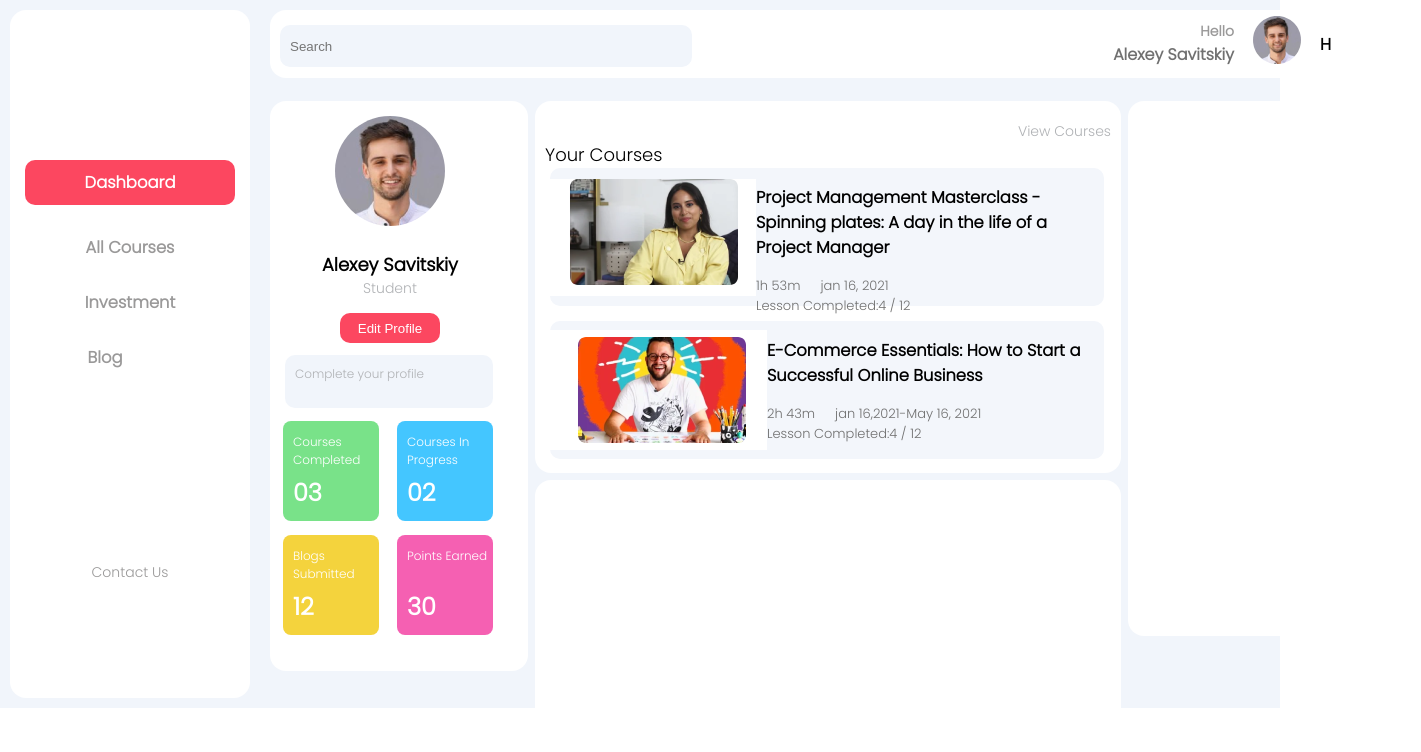
Repository: Anuruddha00/dashboard-design
Page: /
The author's editor kept a copy of each file at every save. The page is drawn from the files as they stood at one save, then again after the next save.
The browser window is 1280 px wide. The page is 1421 px wide, so the pictures cover 1421 px, including what lies to the right of the window. The pictures show the whole page.
The project was rebuilt for these pictures with package versions that can differ from the ones it lists, and the page was loaded fresh each time.

Above is the page before, as saved 2021-05-07 21:21:27.

After the next save:
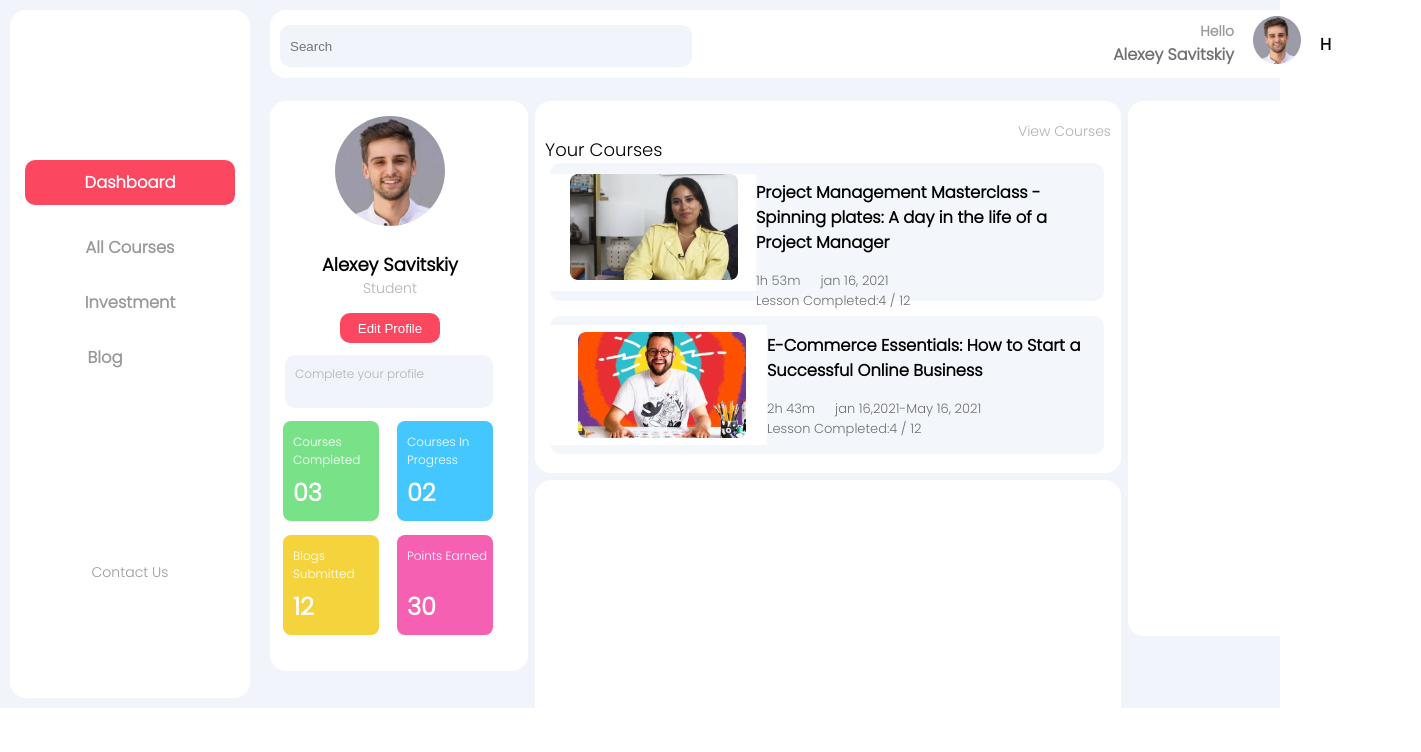
Saved 11 s later.
--- a/src/containers/Dashboard/Dashboard.scss
+++ b/src/containers/Dashboard/Dashboard.scss
@@ -265,7 +265,7 @@ body{
                                 &Title{
                                     font-size: 18px;
                                     font-weight: 500px;
-                                    padding: 40px 0 0 10px;
+                                    padding: 35px 0 0 10px;
                                 }
                                 &View{
                                     color: #b0b2b5;
